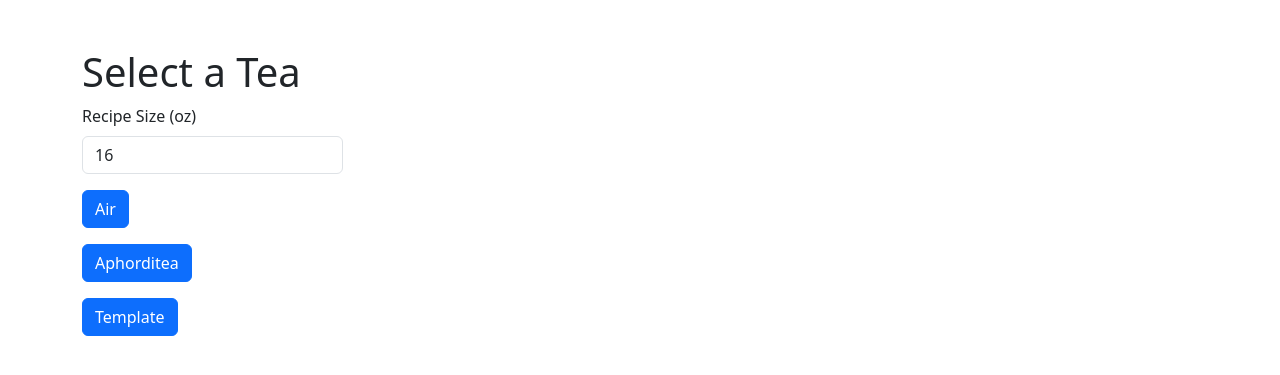
Repository: ChaidGPT/CKBatchHelper
Page: index.html
These files come from the project's save history. The page is drawn as it stood at one moment and after the next save; the edit follows.
The browser window is 1280 px wide. The pictures show the whole page.

Above is the page before, as saved 2023-06-27 12:32:34.

After the next save:
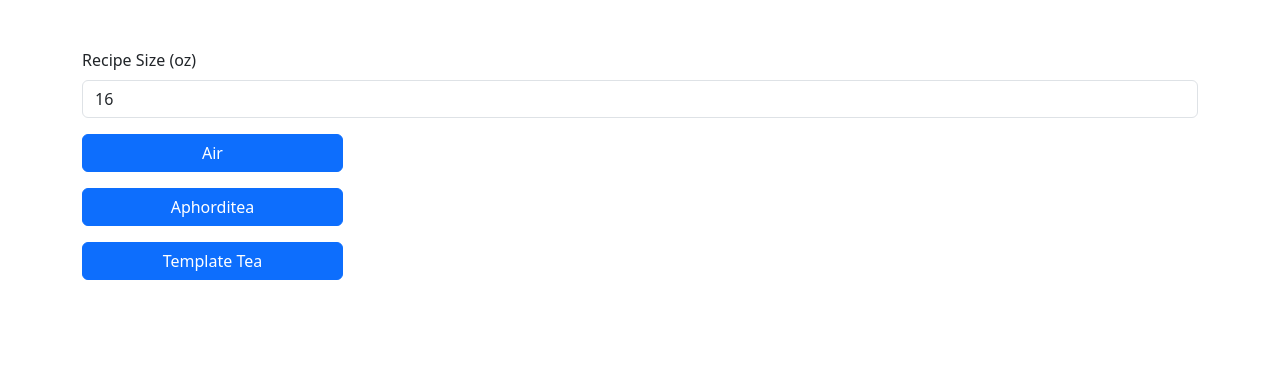
Saved 2 min 49 s later.
--- a/index.html
+++ b/index.html
@@ -15,21 +15,17 @@
   <main>
     <section id="section1" class="py-5">
       <div class="container">
-        <h1>Select a Tea</h1>
         <div class="row">
-          <div class="col-lg-3">
-            <!-- Recipe Size Field -->
-            <div class="mb-3">
-              <label for="recipeSize" class="form-label">Recipe Size (oz)</label>
-              <input type="number" class="form-control" id="recipeSize" value="16">
-            </div>
+          <div class="col-lg-12">
+            <label for="recipeSize" class="form-label">Recipe Size (oz)</label>
+            <input type="number" class="form-control" id="recipeSize" value="16">
           </div>
         </div>
         <div class="row">
           <div class="col-lg-3">
             <!-- Air Tea Button -->
-            <button class="btn btn-primary" type="button" data-bs-toggle="collapse" data-bs-target="#airCollapse"
-              aria-expanded="false" aria-controls="airCollapse">
+            <button class="btn btn-primary mt-3 w-100" type="button" data-bs-toggle="collapse"
+              data-bs-target="#airCollapse" aria-expanded="false" aria-controls="airCollapse">
               Air
             </button>
             <div class="collapse mt-3" id="airCollapse">
@@ -75,7 +71,7 @@
         <div class="row">
           <div class="col-lg-3">
             <!-- Aphorditea Tea Button -->
-            <button class="btn btn-primary mt-3" type="button" data-bs-toggle="collapse"
+            <button class="btn btn-primary mt-3 w-100" type="button" data-bs-toggle="collapse"
               data-bs-target="#aphorditeaCollapse" aria-expanded="false" aria-controls="aphorditeaCollapse">
               Aphorditea
             </button>
@@ -121,10 +117,10 @@
         </div>
         <div class="row">
           <div class="col-lg-3">
-            <!-- Template Tea Button -->
-            <button class="btn btn-primary mt-3" type="button" data-bs-toggle="collapse"
+            <!-- Template Button -->
+            <button class="btn btn-primary mt-3 w-100" type="button" data-bs-toggle="collapse"
               data-bs-target="#templateCollapse" aria-expanded="false" aria-controls="templateCollapse">
-              Template
+              Template Tea
             </button>
             <div class="collapse mt-3" id="templateCollapse">
               <div class="card card-body">
@@ -137,19 +133,16 @@
                   </thead>
                   <tbody>
                     <tr>
-                      <td>Template Ingredient 1</td>
-                      <td class="ingredientQty" data-ingredient="templateIngredient1"
-                        data-base-quantity="0">0</td>
+                      <td>Ingredient 1</td>
+                      <td class="ingredientQty" data-ingredient="ingredient1" data-base-quantity="1">1</td>
                     </tr>
                     <tr>
-                      <td>Template Ingredient 2</td>
-                      <td class="ingredientQty" data-ingredient="templateIngredient2"
-                        data-base-quantity="0">0</td>
+                      <td>Ingredient 2</td>
+                      <td class="ingredientQty" data-ingredient="ingredient2" data-base-quantity="2">2</td>
                     </tr>
                     <tr>
-                      <td>Template Ingredient 3</td>
-                      <td class="ingredientQty" data-ingredient="templateIngredient3"
-                        data-base-quantity="0">0</td>
+                      <td>Ingredient 3</td>
+                      <td class="ingredientQty" data-ingredient="ingredient3" data-base-quantity="3">3</td>
                     </tr>
                   </tbody>
                 </table>
@@ -163,28 +156,20 @@
 
   <!-- Bootstrap JS -->
   <script src="https://cdn.jsdelivr.net/npm/bootstrap@5.3.0/dist/js/bootstrap.bundle.min.js"
-    integrity="sha384-geWF76RCwLtnZ8qwWowPQNguL3RmwHVBC9FhGdlKrxdiJJigb/j/68SIy3Te4Bkz"
-    crossorigin="anonymous"></script>
+    integrity="sha384-geWF76RCwLtnZ8qwWowPQNguL3RmwHVBC9FhGdlKrxdiJJigb/j/68SIy3Te4Bkz" crossorigin="anonymous"></script>
   <script>
+    // Recipe Size Change Event
     const recipeSizeInput = document.getElementById('recipeSize');
-    const ingredientQtyElements = document.querySelectorAll('.ingredientQty');
+    const ingredientQtyElements = document.getElementsByClassName('ingredientQty');
 
-    // Update ingredient quantities based on recipe size
-    function updateIngredientQuantities() {
-      const recipeSize = parseInt(recipeSizeInput.value);
-
-      ingredientQtyElements.forEach((element) => {
-        const baseQuantity = parseInt(element.dataset.baseQuantity);
-        const newQuantity = (baseQuantity * recipeSize) / 16;
-        element.textContent = newQuantity.toFixed(1);
+    recipeSizeInput.addEventListener('change', function () {
+      const recipeSize = parseInt(this.value, 10);
+      Array.from(ingredientQtyElements).forEach(function (element) {
+        const baseQuantity = parseInt(element.dataset.baseQuantity, 10);
+        const ingredient = element.dataset.ingredient;
+        element.textContent = (baseQuantity * recipeSize / 16).toFixed(2);
       });
-    }
-
-    // Listen for changes in recipe size input
-    recipeSizeInput.addEventListener('change', updateIngredientQuantities);
-
-    // Initial update of ingredient quantities
-    updateIngredientQuantities();
+    });
   </script>
 </body>
 
